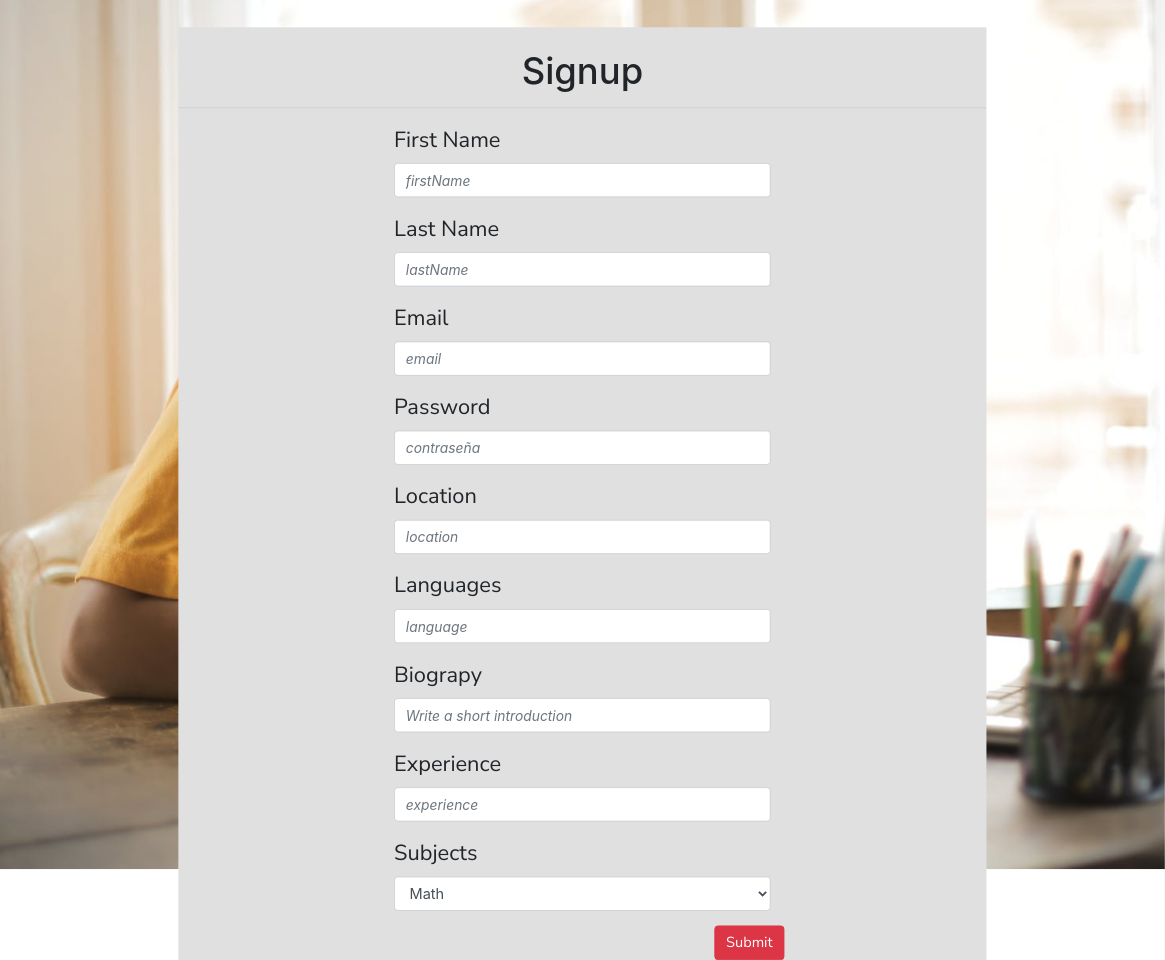
Repository: uprm-inso-4117-2020-2021-s2/semester-project-uprm-inso-4117-2020-2021-s2-team-7
Page: / (app in tutorfinder/)
An editor plug-in stored every save of this project. The page is shown before and after the next save, followed by the edit.
The browser window is 1280 px wide. The pictures show the whole page, at 91% of full size.
The project was rebuilt for these pictures with package versions that can differ from the ones it lists, and the page was loaded fresh each time. Also part of the build but not shown: tutorfinder/src/components/Navbar.css, tutorfinder/src/components/Navbar.js, tutorfinder/src/components/TutorInfo.js, tutorfinder/src/Nav.js, tutorfinder/src/Signup.js, tutorfinder/src/Login.js, tutorfinder/src/Home.js, tutorfinder/src/BulletinBoard.css and 3 more.

Above is the page before, as saved 2021-03-30 22:25:04.

### tutorfinder/src/App.js
import React from 'react';
import Navbar from './components/Navbar';
import TutorInfo from './components/TutorInfo'
import './App.css';
import Home from './Home';
import 'bootstrap/dist/css/bootstrap.min.css';
import BulletinBoard from './BulletinBoard';
import Nav from './Nav.js';
import SignupPage from "./SignupPage";

function App() {
  return (
    <div className="App">
      <head>
        <link
          rel="stylesheet"
          href="https://cdn.jsdelivr.net/npm/bootstrap@4.6.0/dist/css/bootstrap.min.css"
          integrity="sha384-B0vP5xmATw1+K9KRQjQERJvTumQW0nPEzvF6L/Z6nronJ3oUOFUFpCjEUQouq2+l"
          crossorigin="anonymous"
        />
      </head>
      {/* <Home></Home> */}
      {/* <TutorInfo></TutorInfo> */}
      <SignupPage></SignupPage>
        {/* <Navbar fixed="top" />
        <TutorInfo /> */}
        {/* <BulletinBoard></BulletinBoard> */}

    </div>
  );
}



export default App;

### tutorfinder/src/SignupPage.js
import React from "react";
import "./App.css";
import "./SignupPage.css"
import { Input, FormGroup, Label, Form, Container, Button, Col } from 'reactstrap';

class SignupPage extends React.Component {

  render() {

    return (
      <div className="container  ">

          <div className=" body center">
<br></br>
          <h1 className="">Signup</h1>
          <hr></hr>
          <div className="content center">
            <Form className=""  >

            <Col className="">
                <FormGroup inline>
                  <div className="text-left">
                    <Label >First Name</Label>
                  </div>

                  <Input
                    type="firstName"
                    name="firstName"

                    id="examplefirstName"
                    placeholder="firstName"
                    className="size"
                  />
                </FormGroup>
              </Col>

              <Col className="">
                <FormGroup inline>
                  <div className="text-left">
                    <Label >Last Name</Label>
                  </div>

                  <Input
                    type="lastName"
                    name="lastName"

                    id="examplelastName"
                    placeholder="lastName"
                    className="size"
                  />
                </FormGroup>
              </Col>

              <Col className="">
                <FormGroup inline>
                  <div className="text-left">
                    <Label >Email</Label>
                  </div>

                  <Input
                    type="email"
                    name="email"

                    id="exampleEmail"
                    placeholder="email"
                    className="size"
                  />
                </FormGroup>
              </Col>

              <Col className="">
                <FormGroup >
                  <div className="text-left">
                    <Label for="">Password</Label>
                  </div>

                  <Input
                    type="password"
                    name="password"

                    id="examplePassword"
                    placeholder="contraseña"
                    className="size"
                  />
                </FormGroup>
              </Col>

              <Col className="">
                <FormGroup >
                  <div className="text-left">
                    <Label for="">Location</Label>
                  </div>

                  <Input
                    type="location"
                    name="location"

                    id="examplelocation"
                    placeholder="location"
                    className="size"
                  />
                </FormGroup>
              </Col>

              <Col className="">
                <FormGroup >
                  <div className="text-left">
                    <Label for="">Languages</Label>
                  </div>

                  <Input
                    type="language"
                    name="language"

                    id="examplelanguage"
                    placeholder="language"
                    className="size"
                  />
                </FormGroup>
              </Col>

              <Col className="">
                <FormGroup >
                  <div className="text-left">
                    <Label for="">Biograpy</Label>
                  </div>

                  <Input
                    type="biography"
                    name="biography"

                    id="examplebiography"
                    placeholder="Write a short introduction"
                    className="size"
                  />
                </FormGroup>
              </Col>

              <Col className="">
                <FormGroup >
                  <div className="text-left">
                    <Label for="">Experience</Label>
                  </div>

                  <Input
                    type="experience"
                    name="experience"

                    id="examplebexperience"
                    placeholder="experience"
                    className="size"
                  />
                </FormGroup>
              </Col>

              <Col className="">
                <FormGroup >
                  <div className="text-left">
                    <Label for="">Subjects</Label>
                  </div>

                  <Input type="select" name="subject" id="exampleSubject">
          <option>Math</option>
          <option>English</option>
          <option>Spanish</option>
          <option>Science</option>
          <option>Social Studies</option>
        </Input>
                </FormGroup>
              </Col>

              <div className="text-right">


                <Button color="danger" type="submit" className="buttons submit"  >Submit</Button>
              </div>
            </Form>
            </div>

          </div>

      </div>

    );
  }
}

export default SignupPage;

### tutorfinder/src/components/TutorInfo.css
.container {
    padding-top: 30px;
    width: 30%;
}

.Profile {
  padding: 2rem;
  border: 2px solid #fff;
  text-align: center;
  background-color: #E0E0E0;
  border: 1px solid #6F6B6B;
  border-radius: 1rem!important;
}

.pfp {
    text-align: center;
    width: 75%;
}

.Info {
    padding: 1rem;
    border: 1px solid #6F6B6B;
    background-color: #E0E0E0;
    border-radius: 1rem!important;
    overflow-y: auto;
}

.Name {
    padding: 10px;
}

.More {
    border-bottom: 1px solid #6F6B6B;
    padding-bottom: 15px;
    padding-top: 5px;
    margin-left: 10px;
}

ul {
    margin-left: 10px;
    padding-top: 10px;
    overflow-y: auto;
    position: absolute;
    white-space: nowrap;
}

::-webkit-scrollbar {
    width: 0px;
    background: transparent;
}

* {
  -ms-overflow-style: none !important;
}

### tutorfinder/src/Home.css
@import url('https://fonts.googleapis.com/css2?family=Nunito+Sans&display=swap');

body {
    background: url('assets/main.png');
    background-repeat: no-repeat;
    background-size: cover;
    background-position-y: -100px;
}


.box {
    margin-left: 30%;
    width: 40%;
    background: rgba(255, 255, 255, 0.65);
    border-radius: 25px;
    padding: 20px;
}

.boxTitle {
    font-family: Nunito Sans;
    font-style: normal;
    font-weight: bold;
    font-size: 40px;
    line-height: 50px;
    text-align: center;

    color: #333333;
}

.boxText {
    font-family: Nunito Sans;
    font-style: normal;
    font-weight: 300;
    font-size: 24px;
    line-height: 29px;
    text-align: center;

    color: #000000;
}

.form-control:focus {
    box-shadow: none;
}

.form-control-underlined {
    border-width: 0;
    border-bottom-width: 1px;
    border-radius: 0;
    padding-left: 0;
}

.form-control::placeholder {
    font-size: 0.95rem;
    color: #aaa;
    font-style: italic;
  }

### tutorfinder/src/Nav.css
@import url("https://fonts.googleapis.com/css2?family=Nunito+Sans&display=swap");

.title {
  font-family: "Nunito Sans", sans-serif;
  font-style: normal;
  font-weight: bold;
  font-size: 48px;
  line-height: 65px;

}

.navBar {
    table-layout: fixed;
  background-color: #5d7fc5;
  width: 100%;
}

.buttons {
  background: #e0e0e0;
  border-radius: 45px;
  outline: none;
  border-style: solid;

}

.buttonLetters {
  font-family: "Nunito Sans", sans-serif;
  font-style: normal;
  font-weight: 300;
  font-size: 1.8em;
  line-height: 41px;
  text-align: center;
  padding-right: 10%;
  padding-left: 10%;

}

.left{
text-align: left;
padding-left: 2.5%;
width: 50%;
}

.right{
    text-align: left;
    padding-right: 10%;
    width: 20%;
}

.middle{
    /* background-color: red; */
    text-align: right;
    padding-right: 2.5%;
}

### tutorfinder/src/SignupPage.css

.body{
    background-color: #E0E0E0;
    position: relative;
  text-align: center;
  width: 80%;


}

.container{
    text-align: center;

}

.content{
    position: relative;
    text-align: center;
    width: 50%;

}

.center{
    margin-left: auto;
    margin-right: auto;

}

### tutorfinder/src/Welcome.css

@import url("https://fonts.googleapis.com/css2?family=Nunito+Sans&display=swap");

.background{
background-image: url("./assets/bg.png");
width:100%;
height:60em;
position:relative;
}

.square{
    background: rgba(255, 255, 255, 0.65);
border-radius: 25px;
text-align: center;
}

.everything{
    position:absolute;
    top:50%;
    left:50%;
    width :75%;
    height:25%;
    margin-left:-37.5%;
    margin-top:5%;

}

.search{
    width: 100%;
    background: #FFFFFF;
box-shadow: 0px 4px 4px rgba(0, 0, 0, 0.25);
border-radius: 50px;
height: 1.5em;
}

.paragraph{
    font-family: "Nunito Sans", sans-serif;
font-style: normal;
font-weight: 300;
font-size: 1.5em;
line-height: 49px;
text-align: center;
}

.heading{
    font-family: "Nunito Sans", sans-serif;
font-style: normal;
font-weight: bold;
font-size: 3em;
line-height: 87px;
text-align: center;
}

.login{
    position:absolute;
    top:50%;
    left:50%;
    width :75%;
    height:50%;
    margin-left:-37.5%;
    margin-top:5%;
    text-align: center;
    background: rgba(255, 255, 255, 0.65);
    border-radius: 25px;
}

.signup{
    position:absolute;
    top:40%;
    left:50%;
    width :75%;
    height:60%;
    margin-left:-37.5%;
    margin-top:5%;
    text-align: center;
    background: rgba(255, 255, 255, 0.65);
    border-radius: 25px;
}


.size{
    width: 75%;
    background-color: aqua;
}

.fullWidth{
    width: 100%;
}

.text-right{
    text-align: right;

}

.text-left{
    text-align: left;

    font-family: "Nunito Sans", sans-serif;
    font-size: 1.5em;
}

.submit{
    font-family: "Nunito Sans", sans-serif;
    font-style: normal;
    font-weight: 300;
    font-size: 1.2em;
line-height: 200%;
    text-align: center;
    padding-right: 2%;
    padding-left: 2%;
}

.color{
    background-color: red;
}

Loaded but not shown: tutorfinder/public/index.html (common file); tutorfinder/src/index.js (common file); tutorfinder/src/index.css (common file); tutorfinder/src/reportWebVitals.js (common file); tutorfinder/src/App.css (common file)

After the next save:
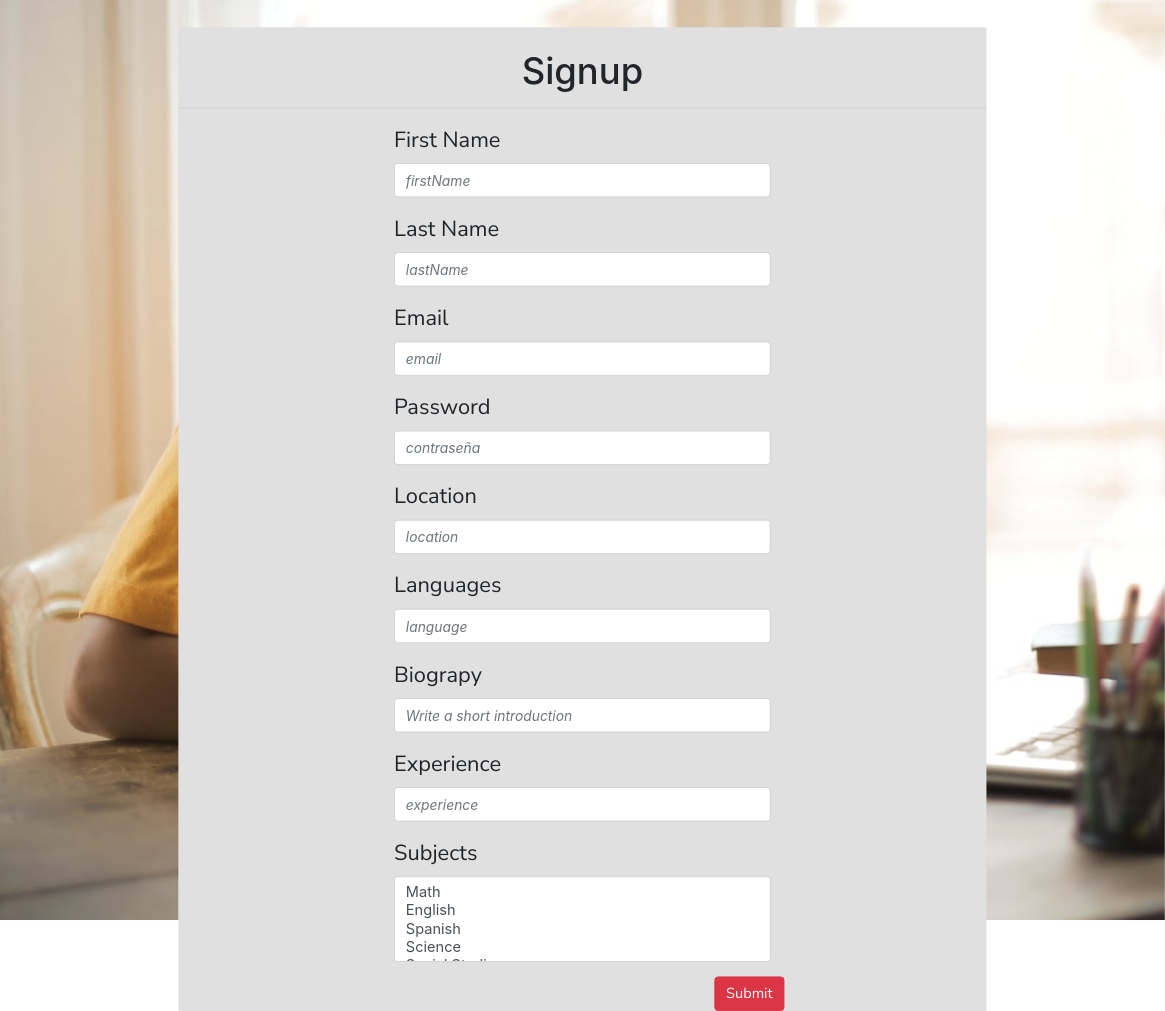
Saved 32 min 24 s later.
--- a/tutorfinder/src/SignupPage.js
+++ b/tutorfinder/src/SignupPage.js
@@ -159,7 +159,7 @@ class SignupPage extends React.Component {
                     <Label for="">Subjects</Label>
                   </div>
 
-                  <Input type="select" name="subject" id="exampleSubject">
+                  <Input type="select" name="selectMulti" id="exampleSelectMulti" multiple>
           <option>Math</option>
           <option>English</option>
           <option>Spanish</option>
